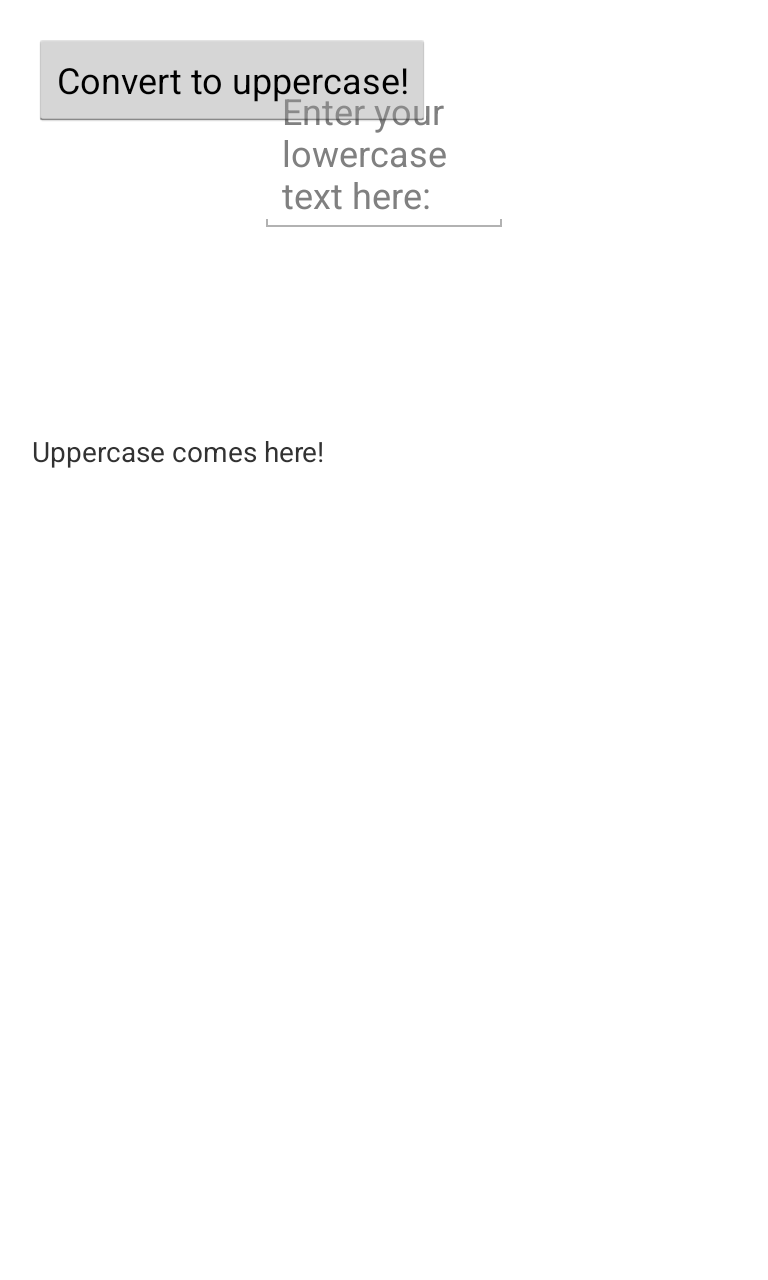
Repository: worxli/DS-Assigment3
Layout: VS-lukasbi-capitalize/res/layout/activity_main.xml
An editor plug-in stored every save of this project. The layout is shown before and after the next save, followed by the edit.
It is drawn on a 768 x 1280 px phone screen (xhdpi) without system bars, with theme AppTheme; the app's code is not run.

Above is the layout before, as saved 2013-10-31 10:20:46.

### VS-lukasbi-capitalize/res/layout/activity_main.xml
<RelativeLayout xmlns:android="http://schemas.android.com/apk/res/android"
    xmlns:tools="http://schemas.android.com/tools"
    android:layout_width="match_parent"
    android:layout_height="match_parent"
    android:paddingBottom="@dimen/activity_vertical_margin"
    android:paddingLeft="@dimen/activity_horizontal_margin"
    android:paddingRight="@dimen/activity_horizontal_margin"
    android:paddingTop="@dimen/activity_vertical_margin"
    tools:context=".MainActivity" >

    <TextView
        android:id="@+id/uppercase"
        android:layout_width="wrap_content"
        android:layout_height="wrap_content"
        android:layout_alignParentTop="true"
        android:layout_marginTop="200dp"
        android:text="Uppercase comes here!" />

    <EditText
        android:id="@+id/lowercase"
        android:layout_width="wrap_content"
        android:layout_height="wrap_content"
        android:layout_alignParentTop="true"
        android:layout_centerHorizontal="true"
        android:layout_marginTop="20dp"
        android:ems="6"
        android:hint="@string/info" />

    <Button
        android:id="@+id/convert"
        android:layout_width="wrap_content"
        android:layout_height="wrap_content"
        android:layout_marginBottom="70dp"
        android:text="Convert to uppercase!" />

</RelativeLayout>

### VS-lukasbi-capitalize/res/values/strings.xml
<?xml version="1.0" encoding="utf-8"?>
<resources>

    <string name="app_name">VS-lukasbi-capitalize</string>
    <string name="action_settings">Settings</string>
    <string name="info">Enter your lowercase text here:</string>

</resources>

Loaded but not shown: VS-lukasbi-capitalize/res/values/styles.xml (common file); VS-lukasbi-capitalize/res/values-v11/styles.xml (common file); VS-lukasbi-capitalize/res/values-v14/styles.xml (common file); VS-lukasbi-capitalize/res/values/dimens.xml (common file)

After the next save:
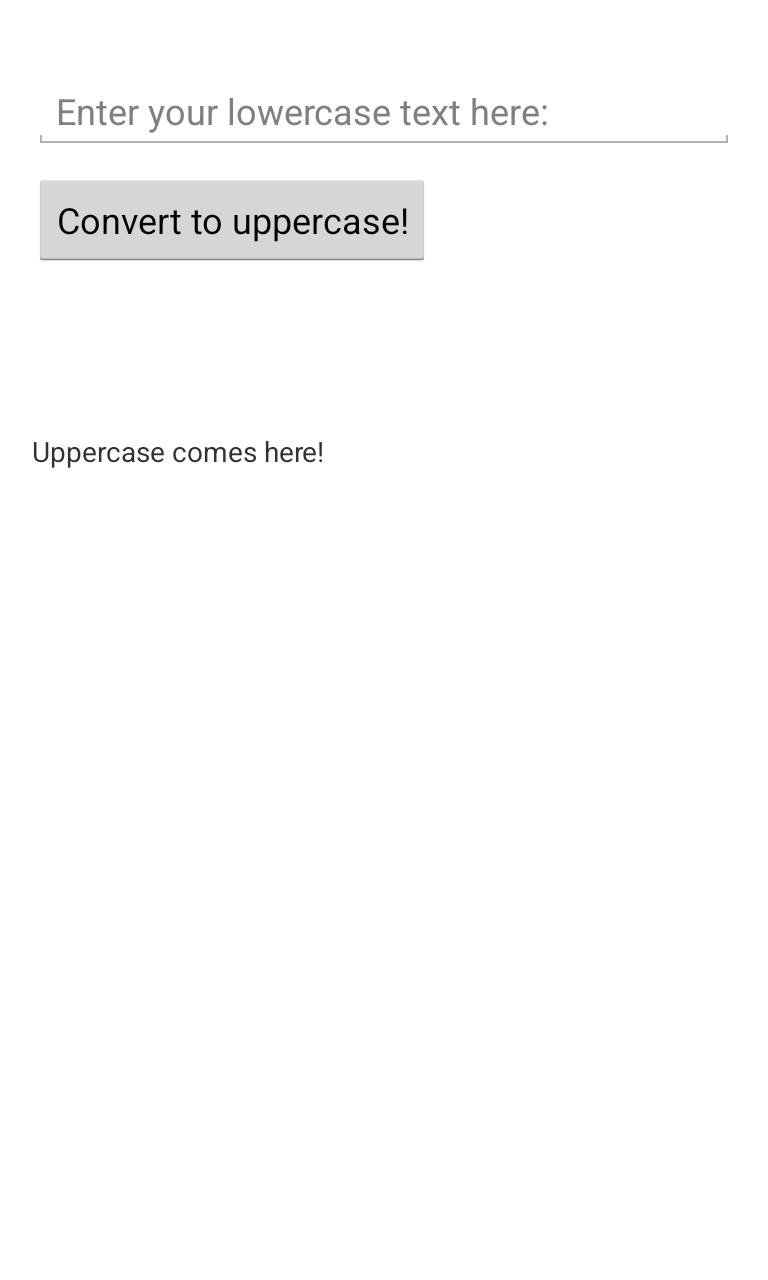
Saved 47 s later.
--- a/VS-lukasbi-capitalize/res/layout/activity_main.xml
+++ b/VS-lukasbi-capitalize/res/layout/activity_main.xml
@@ -18,7 +18,7 @@
 
     <EditText
         android:id="@+id/lowercase"
-        android:layout_width="wrap_content"
+        android:layout_width="match_parent"
         android:layout_height="wrap_content"
         android:layout_alignParentTop="true"
         android:layout_centerHorizontal="true"
@@ -30,7 +30,7 @@
         android:id="@+id/convert"
         android:layout_width="wrap_content"
         android:layout_height="wrap_content"
-        android:layout_marginBottom="70dp"
+        android:layout_marginTop="70dp"
         android:text="Convert to uppercase!" />
 
 </RelativeLayout>
